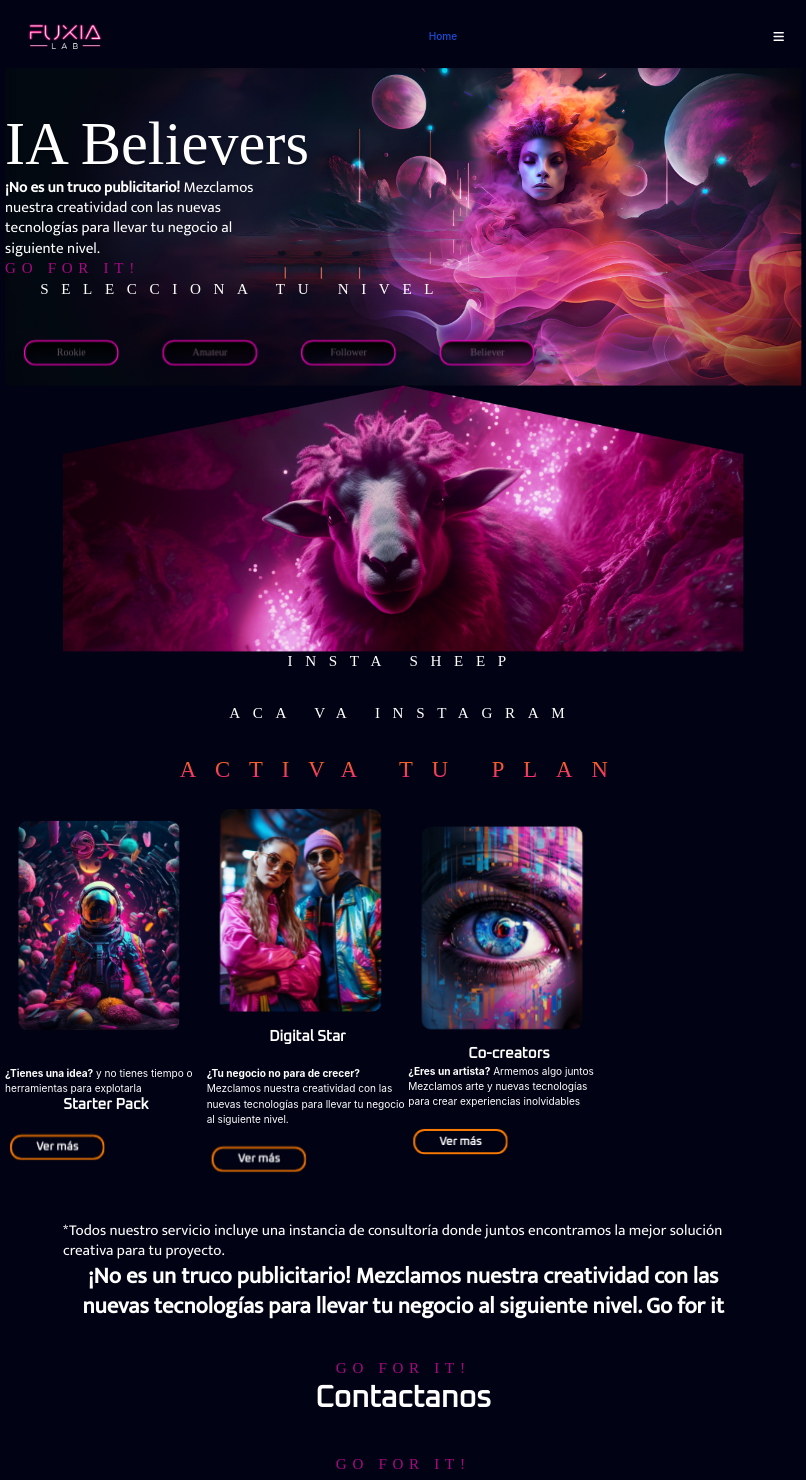
Repository: itsomosedison/tailwind-landing-page
Page: index.html
An editor plug-in stored every save of this project. The page is shown before and after a run of saves, followed by the edit.
The browser window is 1280 px wide. The pictures show the whole page, at 63% of full size.
Some web fonts or font styles are not loaded; a fallback is used.

Above is the page before, as saved 2023-09-30 20:11:24.

After the next 2 saves:
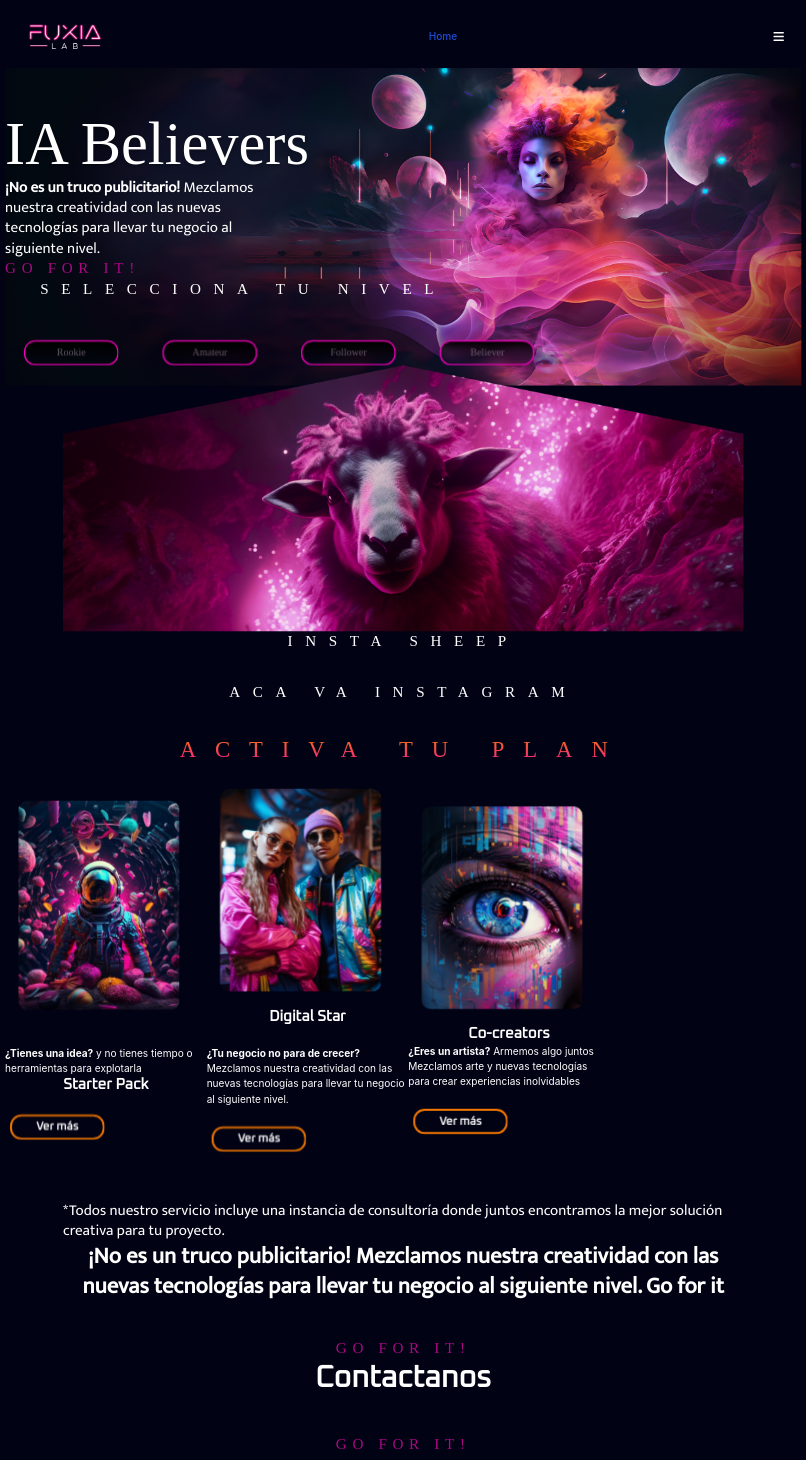
The 2 saves are shown as one change because they came seconds apart.
The last was saved 52 s later.
--- a/index.html
+++ b/index.html
@@ -53,7 +53,7 @@
         </div>
     </div>
 
-    <div class="containerFuxia flex-col" style="max-width:  1080px;align-items: center;">
+    <div class="containerFuxia flex-col" style="max-width:  1080px;align-items: center;margin-top: -32px;">
         <img src="recursos/sheepHero2.png" alt="Imagen de la oveja" style="width:1920px;" />
         <p class="WhiteSpecialText" style="text-align: center;">INSTA SHEEP</p>
         <p class="WhiteSpecialText" style="text-align: center;">ACA VA INSTAGRAM</p>
